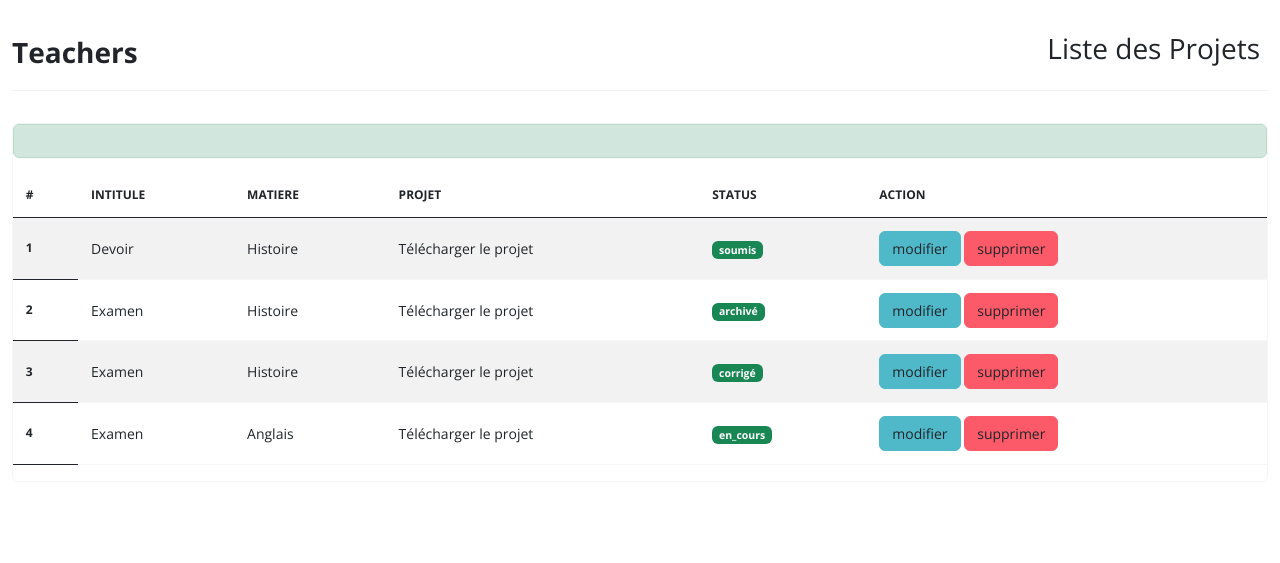
Repository: dimitri0004/Moodle
Page: http://localhost/enseignant/projet/
These files come from the project's save history. The page is drawn as it stood at one moment and after the next save; the edit follows.
The browser window is 1280 px wide. The pictures show the whole page.
The page is served by the project's application, run on Django 4.2 (manage.py). Other server files are loaded and not shown. The database holds what the project's SQL file puts in it.

Above is the page before, as saved 2023-08-19 03:40:19.
Console error: TypeError: Cannot set properties of null (setting 'innerHTML')

### templates/Enseignant/Projet/index.html
{% extends "base.html" %}
{% block content %}

<div class="body d-flex py-lg-3 py-md-2">
    <div class="container-xxl">
        <div class="row">
            <div class="col-md-12">
                <div class="card border-0 mb-4 no-bg">
                    <div class="card-header py-3 px-0 d-flex align-items-center  justify-content-between border-bottom">
                        <h3 class=" fw-bold flex-fill mb-0">Teachers</h3>
                        <div class="dropdown px-2">
                            <H3>Liste des Projets</H3>
                        </div>

                    </div>
                </div>
            </div>
        </div>
        <div class="">
            <div class="col">
                <h3></h3>
                <div class="card teacher-card">
                <a href="{% url 'ajouter_projet' %}"></a>
                    <p class="alert alert-success">{{ message }}</p>



                    <table class="table table-striped">
                        <thead>
                          <tr>
                            <th scope="col">#</th>
                            <th scope="col">Intitule</th>
                            <th scope="col">Matiere</th>
                            <th scope="col">Projet</th>
                            <th scope="col">Status</th>
                            <th scope="col">Action</th>
                          </tr>
                        </thead>
                        <tbody>
                            {% for projet in Projets %}
                            <tr>
                                <th scope="row">{{ forloop.counter  }}</th>
                                <td>{{ projet.intitule }}</td>
                                <td>{{ projet.matiere }}</td>
                                <td><a href="{{ projet.projet.url }}" download>Télécharger le projet</a></td>
                                <td  ><strong class="badge bg-success">{{ projet.statut }}</strong></td>
                                <td>
                                    <a href="{% url 'modifier_projet' id=projet.id %}" class="btn btn-info">modifier</a>
                                    <a href="{% url 'supprimer_projet' id=projet.id %}" class="btn btn-danger">supprimer</a>
                                </td>
                              </tr>
                            {% endfor %}


                        </tbody>
                      </table>

            </div>
        </div>
    </div>
</div>

<!-- Modal Members-->
<div class="modal fade" id="addUser" tabindex="-1" aria-labelledby="addUserLabel" aria-hidden="true">
    <div class="modal-dialog modal-dialog-centered modal-lg">
    <div class="modal-content">
        <div class="modal-header">
            <h5 class="modal-title  fw-bold" id="addUserLabel">Invite Friend's</h5>
            <button type="button" class="btn-close" data-bs-dismiss="modal" aria-label="Close"></button>
        </div>
        <div class="modal-body">
            <div class="inviteby_email">
                <div class="input-group mb-3">
                    <input type="text" class="form-control" placeholder="Members Invite" aria-label="Recipient's username" aria-describedby="button-addon2">
                    <button class="btn btn-dark" type="button" id="button-addon2">Members Invite</button>
                </div>
            </div>
            <div class="members_list">
                <h6 class="fw-bold ">Members of e-Learn</h6>
                <ul class="list-unstyled list-group list-group-custom list-group-flush mb-0">

                </ul>
            </div>
        </div>
    </div>
    </div>
</div>

{% endblock %}

### templates/base.html
{% load static %}
<!DOCTYPE html>
<html lang="en">
<head>
    <meta charset="UTF-8">
    <meta name="viewport" content="width=device-width, initial-scale=1.0">
    <title>Document</title>

    <link rel="icon" href="favicon.ico" type="image/x-icon"> <!-- Favicon-->

    <!-- plugin css file  -->
    <link rel="stylesheet" href="{% static 'assets/css/carousel.min.css' %}" />
    <!-- project css file  -->
    <link rel="stylesheet" href="{% static 'assets/css/e-learn.style.min.css' %}">
    <!-- Google Code  -->
    <script async src="https://www.googletagmanager.com/gtag/js?id=UA-264428387-1"></script>
    <script>
      window.dataLayer = window.dataLayer || [];
      function gtag(){dataLayer.push(arguments);}
      gtag('js', new Date());

      gtag('config', 'UA-264428387-1');
    </script>

    <script src="{% static 'assets/bundles/libscripts.bundle.js' %}"></script>

    <!-- Plugin Js-->
    <script src="{% static 'assets/bundles/carousel.bundle.js' %}"></script>
    <script src="{% static 'assets/bundles/apexcharts.bundle.js' %}"></script>

    <!-- Jquery Page Js -->
    <script src="{% static 'js/template.js' %}"></script>
    <script src="{% static 'js/page/elearn-index.js' %}"></script>
</head>
<body>

    {% if user.is_authenticated %}

      {% include "_partiels/nav.html" %}
    {% endif %}





    {% block content %}{% endblock %}
</body>
</html>

### AppEcole/models.py
from django.db import models
from django.contrib.auth.models import AbstractUser
class User(AbstractUser):
    ETUDIANT= " ETUDIANT"
    ENSEIGNANT="ENSEIGNANT"
    ADMINISTRATEUR=" ADMINISTRATEUR"

    ROLE_CHOICES = (
        (ETUDIANT, 'Etudiant'),
        (ENSEIGNANT, 'Enseignant'),
        (ADMINISTRATEUR, 'Administrateur'),
    )

    role = models.CharField(max_length=30, choices=ROLE_CHOICES, verbose_name='Rôle')
    birthdate = models.DateField(null=True, blank=False)
    identifiant = models.CharField(max_length=20, null=True, blank=False)
    profil=models.ImageField( upload_to='images', height_field=None, width_field=None, max_length=None, default="12.png", blank=True)

    def __str__(self):
        return self.username

class Devoir(models.Model):

    STATUT_CHOICES = [
        ('en_cours', 'En cours'),
        ('soumis', 'Soumis'),
        ('corrigé', 'Corrige'),
        ('traité', 'Traite'),
        ('archivé', 'Archivé'),
    ]
    intitule=models.CharField(max_length=255)
    matiere=models.CharField(max_length=255)
    statut = models.CharField(max_length=20, choices=STATUT_CHOICES)
    projet = models.FileField(upload_to='projets')


    def __str__(self):
        return self.intitule


# Create your models here.

### AppEcole/views.py
from django.shortcuts import render,redirect,get_object_or_404
from django.core.validators import validate_email
from django.contrib.auth.models import User
from django.db.models import Q
from django.contrib.auth.decorators import login_required
from django.contrib.auth import authenticate, login, logout
from .forms import ProjetForm
from django.contrib.auth import get_user_model
from .models import Devoir
from django.contrib import messages

def index(request):
    return render(request,'index.html')


def ajouter_projet(request):
    messages= ''
    if request.method == 'POST':
        form = ProjetForm(request.POST, request.FILES)
        if form.is_valid():
            form.save()
            form=ProjetForm()
            messages = "votre projet a été ajouter avec succes" # Rediriger vers la liste des projets
    else:
        form = ProjetForm()

    context = {'form': form,'message' :messages}
    return render(request, 'Enseignant/Projet/projet.html', context)

def liste_projets(request):
    projets = Devoir.objects.all()
    return render(request, 'Enseignant/Projet/index.html', {'Projets': projets})

def modifier_projet(request, id):
    projet = get_object_or_404(Devoir, id=id)
    messages=""
    if request.method == 'POST':
        form = ProjetForm(request.POST, request.FILES, instance=projet)
        if form.is_valid():
            form.save()
            form=ProjetForm
            messages="votre projet a été modifier avec succes"


             # Rediriger vers la liste des projets
    else:
        form = ProjetForm(instance=projet)

    context = {'form': form,
               'message':messages}
    return render(request, 'Enseignant/Projet/modifier.html', context)


def supprimer_projet(request, id):
    messages=""
    projet = get_object_or_404(Devoir, id=id)
    intitule=projet.intitule

    if request.method == 'POST':
        projet.delete()
        return redirect('liste_projet')  # Rediriger vers la liste des projets
        messages="votre projet a été supprimer avec succes"
    context = {'intitule': intitule,
               'projet':projet,
               'message':messages}
    return render(request, 'Enseignant/Projet/supprimer.html', context)








def inscription(request):
    error = False
    message = ""

    if request.method == "POST":
        username = request.POST.get('username')
        email = request.POST.get('email')
        nom = request.POST.get('nom')
        prenom = request.POST.get('prenom')
        password = request.POST.get('password')
        confirmePassword = request.POST.get('confirmePassword')
        role = request.POST.get('role')
        identifiant = request.POST.get('identifiant')
        date = request.POST.get('date')
        image = request.POST.get('image')
        # Récupérer le rôle du formulaire

        try:
            validate_email(email)
        except:
            error = True
            message = "Entrer un email valide svp"

        User = get_user_model()  # Obtenir le modèle utilisateur personnalisé

        user = User.objects.filter(Q(email=email) | Q(username=username)).first()
        if user:
            error = True
            message = f"L'email {email} ou le nom d'utilisateur {nom} est déjà utilisé par un utilisateur"

        if password != confirmePassword:
            error = True
            message = "Les deux mots de passe ne sont pas identiques"

        if error == False:
            user = User(

                username=username,
                email=email,
                last_name=nom,
                first_name=prenom,
                identifiant=identifiant,
                role=role,
                birthdate=date,
                profil=image# Enregistrer le rôle dans le modèle
            )
            user.set_password(password)
            user.save()
            return redirect('login')

    context = {
        'error': error,
        'message': message
    }
    return render(request, 'Utilisateur/inscription.html', context)

@login_required
def afficher_profil(request):
        utilisateur = request.user
        return render(request, 'Enseignant/profil.html', {'utilisateur': utilisateur})

def connexion(request):
    error=False
    messages=""
    if request.method=="POST":

        email=request.POST.get('email', None)
        password=request.POST.get('password', None)

        User = get_user_model()
        user=User.objects.filter(email=email).first()
        if user:
            user=authenticate(username=user.username, password=password)
            if user:
                login(request, user)
                if user.role == 'Administrateur':
                    return redirect('acceuil')  # Redirection pour les superutilisateurs
                elif user.role == 'Enseignant':
                    return redirect('liste_projet')  # Redirection pour les membres du groupe "Staff"
                elif user.role == 'Etudiant':
                    return redirect('acceuil')
                else:
                    return redirect('acceuil')  # Redirection par défaut

            else:
                error=True
                message="mot de passe  incorrecte"
        else:
            error=True
            message="l'utilisateur n'existe pas"
    return render(request, 'Utilisateur/connexion.html', {'error':error, 'message':messages})





def deconnexion(request):
    logout(request)
    return redirect('login')
# Create your views here.

### MoodleProject/urls.py
"""
URL configuration for MoodleProject project.

The `urlpatterns` list routes URLs to views. For more information please see:
    https://docs.djangoproject.com/en/4.2/topics/http/urls/
Examples:
Function views
    1. Add an import:  from my_app import views
    2. Add a URL to urlpatterns:  path('', views.home, name='home')
Class-based views
    1. Add an import:  from other_app.views import Home
    2. Add a URL to urlpatterns:  path('', Home.as_view(), name='home')
Including another URLconf
    1. Import the include() function: from django.urls import include, path
    2. Add a URL to urlpatterns:  path('blog/', include('blog.urls'))
"""
from django.contrib import admin
from django.urls import path,include
from django.conf import settings
from django.conf.urls.static import static


urlpatterns = [
    path('admin/', admin.site.urls),
    path('', include('AppEcole.urls')),
]
if settings.DEBUG:
    urlpatterns += static(settings.MEDIA_URL,
    document_root=settings.MEDIA_ROOT)

### AppEcole/urls.py
from django.urls import path
from .views import index, inscription, connexion,ajouter_projet,deconnexion,liste_projets,modifier_projet,supprimer_projet,afficher_profil
urlpatterns = [
    path('acceuil', index, name='acceuil'),
    path('inscription/', inscription, name='register'),
    path('', connexion, name='login'),
    path('deconnexion/', deconnexion, name='logout'),


    path('enseignant/projet/ajouter', ajouter_projet, name='ajouter_projet'),
    path('enseignant/projet/', liste_projets, name='liste_projet'),
    path('enseignant/projet/modifier/<int:id>',modifier_projet, name='modifier_projet'),
    path('enseignant/projet/supprimer/<int:id>',supprimer_projet, name='supprimer_projet'),
    path('enseignant/profil',afficher_profil, name='afficher_profil'),


]

### static/assets/css/carousel.min.css
.owl-carousel,.owl-carousel .owl-item{-webkit-tap-highlight-color:transparent;position:relative}.owl-carousel{display:none;width:100%;z-index:1}.owl-carousel .owl-stage{position:relative;-ms-touch-action:pan-Y;-moz-backface-visibility:hidden}.owl-carousel .owl-stage:after{content:".";display:block;clear:both;visibility:hidden;line-height:0;height:0}.owl-carousel .owl-stage-outer{position:relative;overflow:hidden;-webkit-transform:translate3d(0, 0, 0)}.owl-carousel .owl-item,.owl-carousel .owl-wrapper{-webkit-backface-visibility:hidden;-moz-backface-visibility:hidden;-ms-backface-visibility:hidden;-webkit-transform:translate3d(0, 0, 0);-moz-transform:translate3d(0, 0, 0);-ms-transform:translate3d(0, 0, 0)}.owl-carousel .owl-item{min-height:1px;float:left;-webkit-backface-visibility:hidden;-webkit-touch-callout:none}.owl-carousel .owl-item img{display:block;width:100%}.owl-carousel .owl-dots.disabled,.owl-carousel .owl-nav.disabled{display:none}.no-js .owl-carousel,.owl-carousel.owl-loaded{display:block}.owl-carousel .owl-dot,.owl-carousel .owl-nav .owl-next,.owl-carousel .owl-nav .owl-prev{cursor:pointer;cursor:hand;-webkit-user-select:none;-khtml-user-select:none;-moz-user-select:none;-ms-user-select:none;user-select:none}.owl-carousel.owl-loading{opacity:0;display:block}.owl-carousel.owl-hidden{opacity:0}.owl-carousel.owl-refresh .owl-item{visibility:hidden}.owl-carousel.owl-drag .owl-item{-webkit-user-select:none;-moz-user-select:none;-ms-user-select:none;user-select:none}.owl-carousel.owl-grab{cursor:move;cursor:grab}.owl-carousel.owl-rtl{direction:rtl}.owl-carousel.owl-rtl .owl-item{float:right}.owl-carousel .animated{animation-duration:1s;animation-fill-mode:both}.owl-carousel .owl-animated-in{z-index:0}.owl-carousel .owl-animated-out{z-index:1}.owl-carousel .fadeOut{animation-name:fadeOut}@keyframes fadeOut{0%{opacity:1}100%{opacity:0}}.owl-height{transition:height .5s ease-in-out}.owl-carousel .owl-item .owl-lazy{opacity:0;transition:opacity .4s ease}.owl-carousel .owl-item img.owl-lazy{transform-style:preserve-3d}.owl-carousel .owl-video-wrapper{position:relative;height:100%;background:#000}.owl-carousel .owl-video-play-icon{position:absolute;height:80px;width:80px;left:50%;top:50%;margin-left:-40px;margin-top:-40px;background:url(owl.video.play.html) no-repeat;cursor:pointer;z-index:1;-webkit-backface-visibility:hidden;transition:transform .1s ease}.owl-carousel .owl-video-play-icon:hover{-ms-transform:scale(1.3, 1.3);transform:scale(1.3, 1.3)}.owl-carousel .owl-video-playing .owl-video-play-icon,.owl-carousel .owl-video-playing .owl-video-tn{display:none}.owl-carousel .owl-video-tn{opacity:0;height:100%;background-position:center center;background-repeat:no-repeat;background-size:contain;transition:opacity .4s ease}.owl-carousel .owl-video-frame{position:relative;z-index:1;height:100%;width:100%}

### static/js/template.js
if (typeof jQuery === "undefined") {
    throw new Error("jQuery plugins need to be before this file");
}

$(function() {
    "use strict";

    // main sidebar toggle js
    $('.menu-toggle').on('click', function () {
        $('.sidebar').toggleClass('open');
        $('.open').removeClass('sidebar-mini');
    });

    // layout a sidebar mini version
    $('.sidebar-mini-btn').on('click', function () {
        $('.sidebar').toggleClass('sidebar-mini');
        $('.sidebar-mini').removeClass('open');
    });

    // chat page chatlist toggle js
    $('.chatlist-toggle').on('click', function () {
        $('.card-chat').toggleClass('open');
    });

    $(".theme-rtl input").on('change',function() {
        if(this.checked) {
            $("body").addClass('rtl_mode');
        }else{
            $("body").removeClass('rtl_mode');
        }

    });

    // cSidebar overflow daynamic height

    overFlowDynamic();

    $(window).resize(function(){
        overFlowDynamic();
    });

    function overFlowDynamic(){
        var sideheight=$(".sidebar.sidebar-mini").height() + 48;

        if(sideheight <= 760) {
            $(".sidebar.sidebar-mini").css( "overflow", "scroll");
        }
        else{
            $(".sidebar.sidebar-mini").css( "overflow", "visible");
        }
    }


    // Dropdown scroll hide using table responsive

    $('.table-responsive').on('show.bs.dropdown', function () {
        $('.table-responsive').css( "overflow", "inherit" );
    });

    $('.table-responsive').on('hide.bs.dropdown', function () {
            $('.table-responsive').css( "overflow", "auto" );
    })

    // light and dark theme setting js
    var toggleSwitch = document.querySelector('.theme-switch input[type="checkbox"]');
    var toggleHcSwitch = document.querySelector('.theme-high-contrast input[type="checkbox"]');
    var currentTheme = localStorage.getItem('theme');
    if (currentTheme) {
        document.documentElement.setAttribute('data-theme', currentTheme);

        if (currentTheme === 'dark') {
            toggleSwitch.checked = true;
        }
        if (currentTheme === 'high-contrast') {
            toggleHcSwitch.checked = true;
            toggleSwitch.checked = false;
        }
    }
    function switchTheme(e) {
        if (e.target.checked) {
            document.documentElement.setAttribute('data-theme', 'dark');
            localStorage.setItem('theme', 'dark');
            $('.theme-high-contrast input[type="checkbox"]').prop("checked", false);
        }
        else {
            document.documentElement.setAttribute('data-theme', 'light');
            localStorage.setItem('theme', 'light');
        }
    }
    toggleSwitch.addEventListener('change', switchTheme, false);
    // end
});

// live support team js
$(function() {
    "use strict";
    var Tawk_API=Tawk_API||{}, Tawk_LoadStart=new Date();
    (function(){
        var s1=document.createElement("script"),s0=document.getElementsByTagName("script")[0];
        s1.async=true;
        s1.src='https://embed.tawk.to/6051a040f7ce18270930e55a/1f0vdjvfu';
        s1.charset='UTF-8';
        s1.setAttribute('crossorigin','*');
        s0.parentNode.insertBefore(s1,s0);
    })();
});

### static/js/page/elearn-index.js
if (typeof jQuery === "undefined") {
    throw new Error("jQuery plugins need to be before this file");
}
$(function() {
    "use strict";
    var tooltipTriggerList = [].slice.call(document.querySelectorAll('[data-bs-toggle="tooltip"]'))
    var tooltipList = tooltipTriggerList.map(function (tooltipTriggerEl) {
        return new bootstrap.Tooltip(tooltipTriggerEl)
    })

    /*****Owl Slider************/
    $(document).ready(function(){
        $('.owl-carouselone').owlCarousel({
            stagePadding: 30,
            loop:true,
            margin:10,
            nav:true,
            navText: ["<img src='../dist/assets/images/stylish-left.png'>","<img src='../dist/assets/images/stylish-right.png'>"],
            responsive:{
                0:{
                    items:1
                },
                480:{
                    items:3
                },
                600:{
                    items:3
                },
                740:{
                    items:6
                },
                1000:{
                    items:2
                },
                1100:{
                    items:3
                },
                1400:{
                    items:3
                },
                1500:{
                    items:4
                }
            }
        })

        $('.owl-carouseltwo').owlCarousel({
            loop:true,
            margin:5,
            autoplay:true,
            autoplayTimeout:4000,
            autoplayHoverPause:true,
            responsive:{
                0:{
                    items:1
                },
                480:{
                    items:1
                },
                600:{
                    items:1
                },
                1000:{
                    items:2
                },
                1100:{
                    items:2
                },
                1400:{
                    items:3
                }
            }
        })
    });

    // basic-column
    $(document).ready(function() {
        var options = {
            chart: {
                height: 350,
                type: 'bar',
            },
            colors: ['var(--chart-color1)', 'var(--chart-color2)', 'var(--chart-color4)'],
            plotOptions: {
                bar: {
                    horizontal: false,
                    columnWidth: '55%',
                    endingShape: 'rounded'
                },
            },
            dataLabels: {
                enabled: false
            },
            stroke: {
                show: true,
                width: 2,
                colors: ['transparent']
            },
            series: [{
                name: 'Listening',
                data: [44, 55, 57, 56, 61, 58, 63, 60, 66]
            }, {
                name: 'Writing',
                data: [76, 85, 101, 98, 87, 105, 91, 114, 94]
            }, {
                name: 'Video View',
                data: [35, 41, 36, 26, 45, 48, 52, 53, 41]
            }],
            xaxis: {
                categories: ['Feb', 'Mar', 'Apr', 'May', 'Jun', 'Jul', 'Aug', 'Sep', 'Oct'],
            },
            yaxis: {
                title: {
                    text: ''
                }
            },
            fill: {
                opacity: 1

            },
            tooltip: {
                y: {
                    formatter: function (val) {
                        return "$ " + val + " thousands"
                    }
                }
            }
        }

        var chart = new ApexCharts(
            document.querySelector("#apex-basic-column"),
            options
        );

        chart.render();
    });


});
/*****digital-clock************/
function date_time(id){
    date = new Date;
    h = date.getHours();
    if(h<10)
    {
            h = "0"+h;
    }
    m = date.getMinutes();
    if(m<10)
    {
            m = "0"+m;
    }
    s = date.getSeconds();
    if(s<10)
    {
            s = "0"+s;
    }
    document.getElementById("s").innerHTML = ''+s;
    document.getElementById("m").innerHTML = ''+m;
    document.getElementById("h").innerHTML = ''+h;
    setTimeout('date_time("'+"s"+'");','1000');
    return true;
}
window.onload = date_time('s');

### moodle.sql (the tables this page reads)
CREATE TABLE `appecole_devoir` (
  `id` bigint(20) NOT NULL,
  `intitule` varchar(255) NOT NULL,
  `matiere` varchar(255) NOT NULL,
  `statut` varchar(20) NOT NULL,
  `projet` varchar(100) NOT NULL
) ENGINE=InnoDB DEFAULT CHARSET=utf8mb4;

INSERT INTO `appecole_devoir` (`id`, `intitule`, `matiere`, `statut`, `projet`) VALUES
(3, 'Devoir', 'Histoire', 'soumis', 'projets/api.txt'),
(5, 'Examen', 'Histoire', 'archivé', 'projets/rose_oPjV7Xt.xlsx'),
(6, 'Examen', 'Histoire', 'corrigé', 'projets/wordpress.txt'),
(7, 'Examen', 'Anglais', 'en_cours', 'projets/9ddd859d-fb28-4d27-b879-5b210936f2cb.jpg');

ALTER TABLE `appecole_devoir`
  ADD PRIMARY KEY (`id`);

ALTER TABLE `appecole_devoir`
  MODIFY `id` bigint(20) NOT NULL AUTO_INCREMENT, AUTO_INCREMENT=8;

Loaded but not shown: static/assets/css/e-learn.style.min.css (library); static/assets/bundles/libscripts.bundle.js (library); static/assets/bundles/carousel.bundle.js (library); static/assets/bundles/apexcharts.bundle.js (library)

After the next save:
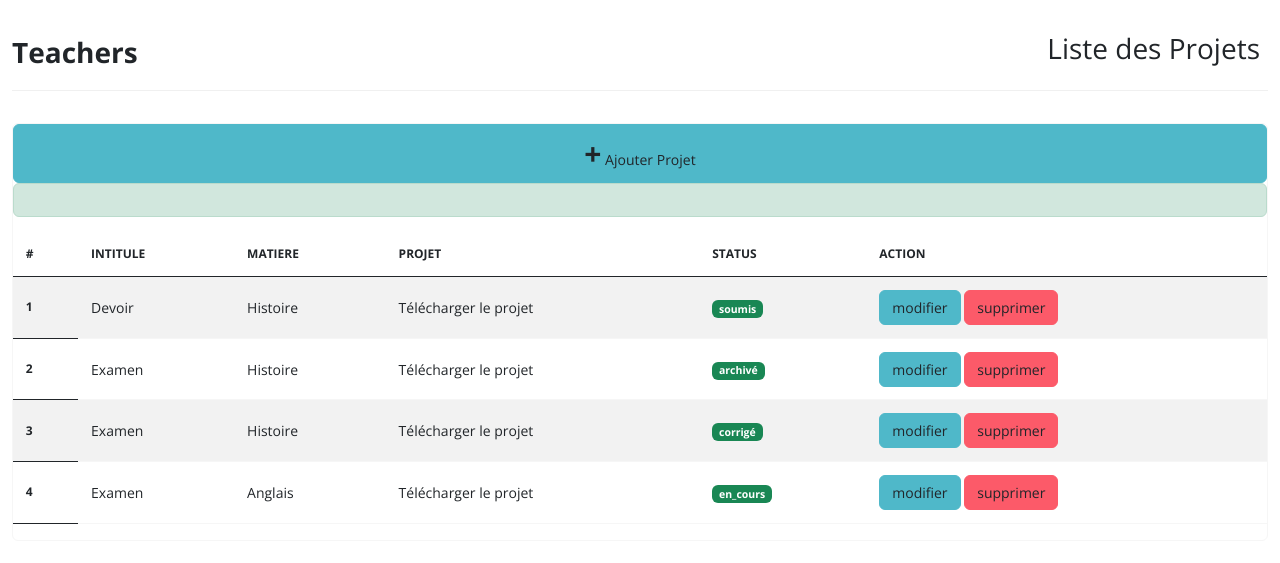
Saved 48 s later.
--- a/templates/Enseignant/Projet/index.html
+++ b/templates/Enseignant/Projet/index.html
@@ -20,7 +20,7 @@
             <div class="col">
                 <h3></h3>
                 <div class="card teacher-card">
-                <a href="{% url 'ajouter_projet' %}"></a>
+                <a href="{% url 'ajouter_projet' %}" class="btn btn-info"><strong style="font-size: 30px;">+</strong> Ajouter Projet</a>
                     <p class="alert alert-success">{{ message }}</p>
 
 
